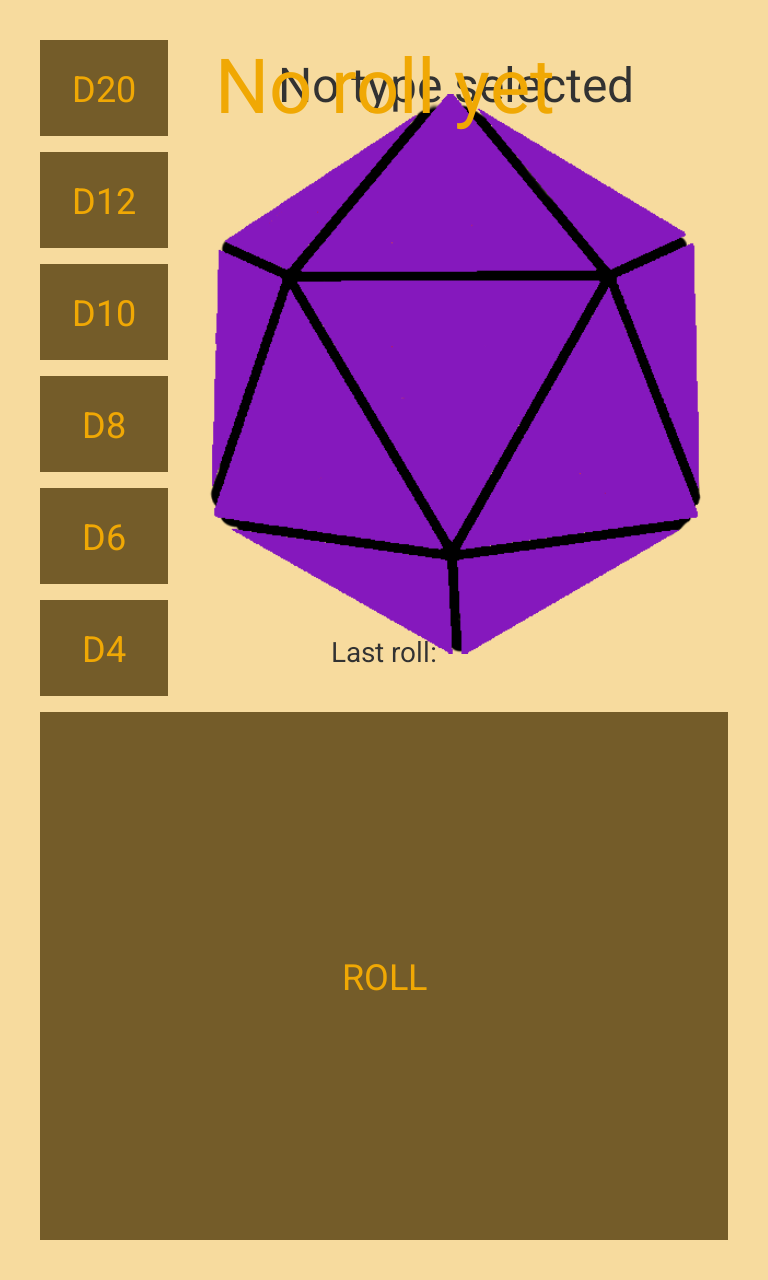
Repository: Bjodol/Roller
Layout: Roller3/res/layout/activity_main.xml
An editor plug-in stored every save of this project. The layout is shown before and after a run of saves, followed by the edit.
It is drawn on a 768 x 1280 px phone screen (xhdpi) without system bars, with theme AppTheme; the app's code is not run. The app's manifest (not shown) leaves right-to-left support off. So textAlignment, textDirection and layoutDirection are ignored, and left and right values win over start and end ones.

Above is the layout before, as saved 2013-08-31 10:01:57.

After the next 2 saves:
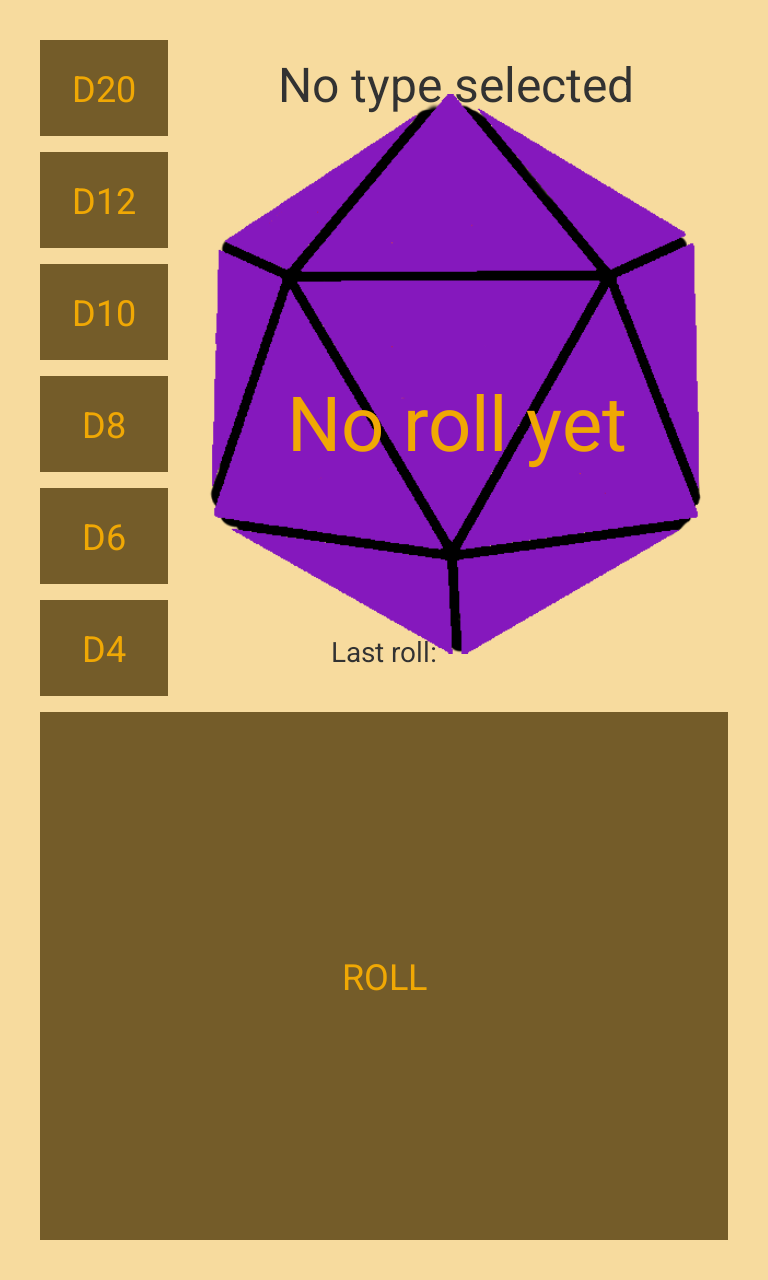
The 2 saves are shown as one change because they came seconds apart.
The last was saved 10 s later.
--- a/Roller3/res/layout/activity_main.xml
+++ b/Roller3/res/layout/activity_main.xml
@@ -128,8 +128,8 @@
         android:id="@+id/dice_throw"
         android:layout_width="match_parent"
         android:layout_height="wrap_content"
-        android:layout_toRightOf="@id/8"
-        android:layout_alignBottom="id/d8"
+        android:layout_toRightOf="@id/d8"
+        android:layout_alignBottom="@id/d8"
 		android:layout_alignParentRight="true"
         android:gravity="center"
         android:text="@string/noRolls"
